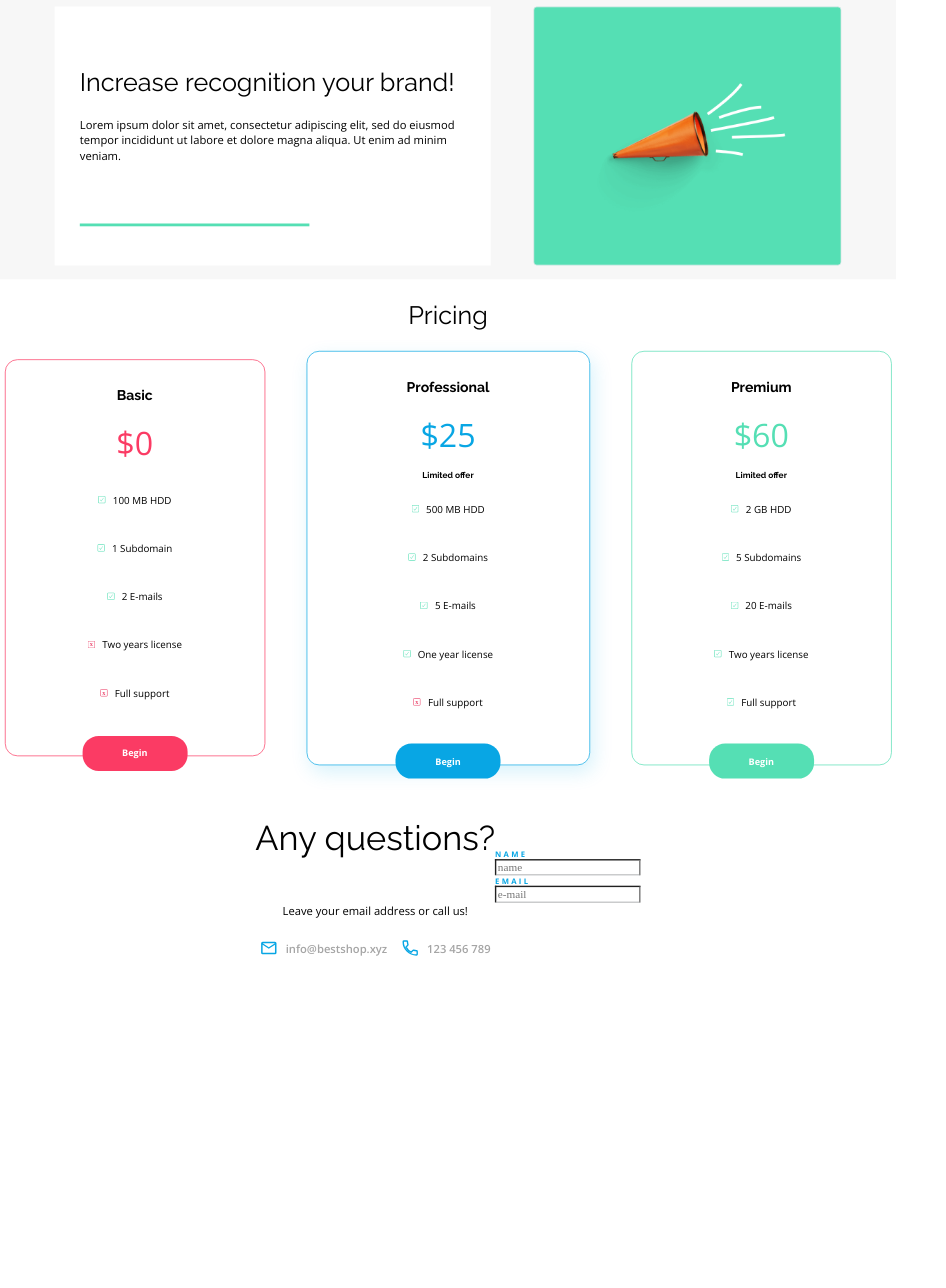
Repository: Widzisz/bestshop-website
Page: index.html
The author's editor kept a copy of each file at every save. The page is drawn from the files as they stood at one save, then again after the next save.
The browser window is 1280 px wide. The page is 1352 px wide, so the pictures cover 1352 px, including what lies to the right of the window. The pictures show the part of the page from y = 2085 to 3925 px (the page is 3925 px tall), at 70% of full size.

Above is the page before, as saved 2021-03-20 16:44:53.

After the next save:
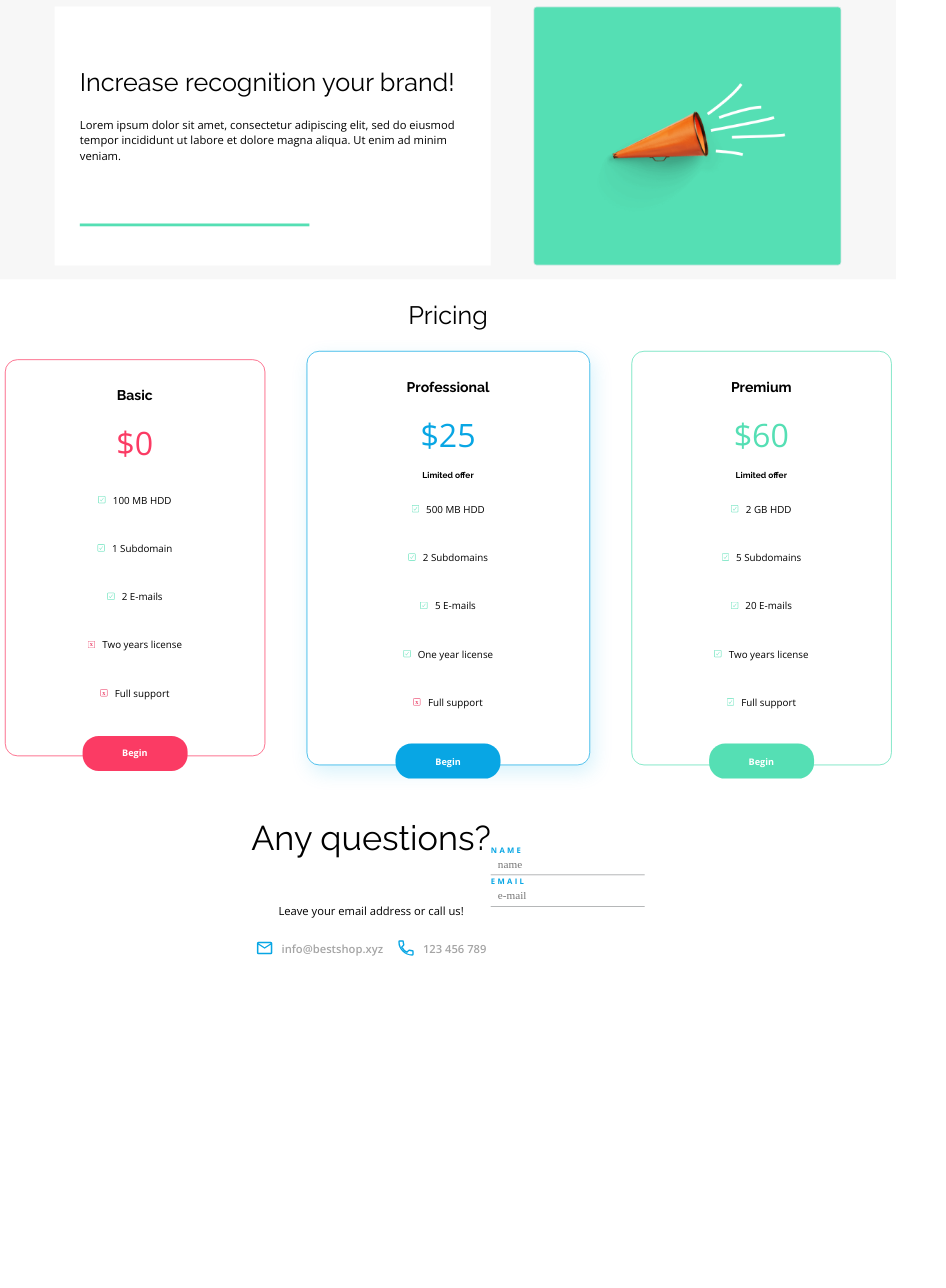
Saved 2 min 21 s later.
--- a/css/style.css
+++ b/css/style.css
@@ -711,5 +711,8 @@ color: var(--c-primary);
 }
 
 .form__space {
-  border-bottom: 1px solid #95989A;
-}
+  border:none;
+    border-bottom: 1px solid #95989A;
+    padding: 5px 10px;
+    outline: none;
+}
